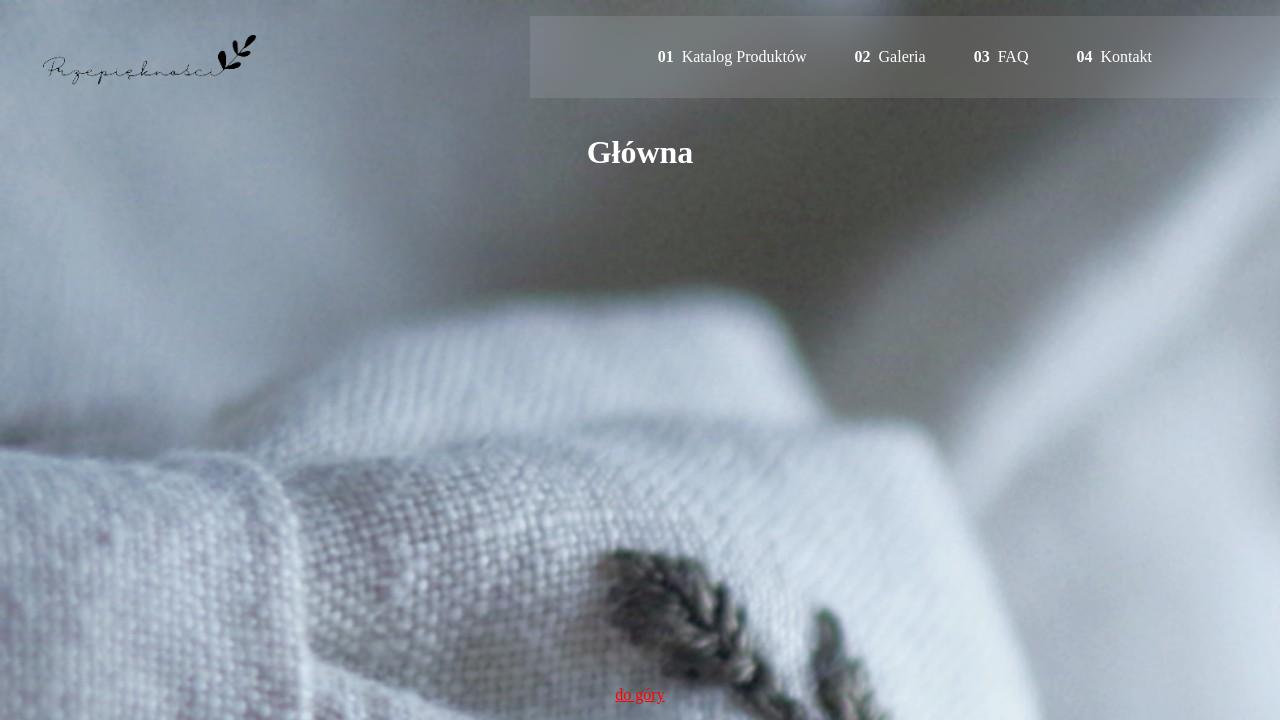
Repository: kowalkos/Rak_projekt
Page: /
An editor plug-in stored every save of this project. The page is shown before and after the next save, followed by the edit.
The browser window is 1280 px wide. The pictures show the whole page.
The project was rebuilt for these pictures with package versions that can differ from the ones it lists, and the page was loaded fresh each time. Also part of the build but not shown: src/components/produkty/Produkt.css, src/components/produkty/produkt.js, src/components/galeria/Galeria.js, src/components/FAQ/Faq.js, src/components/about/About.js.

Above is the page before, as saved 2022-01-04 20:08:14.

After the next save:
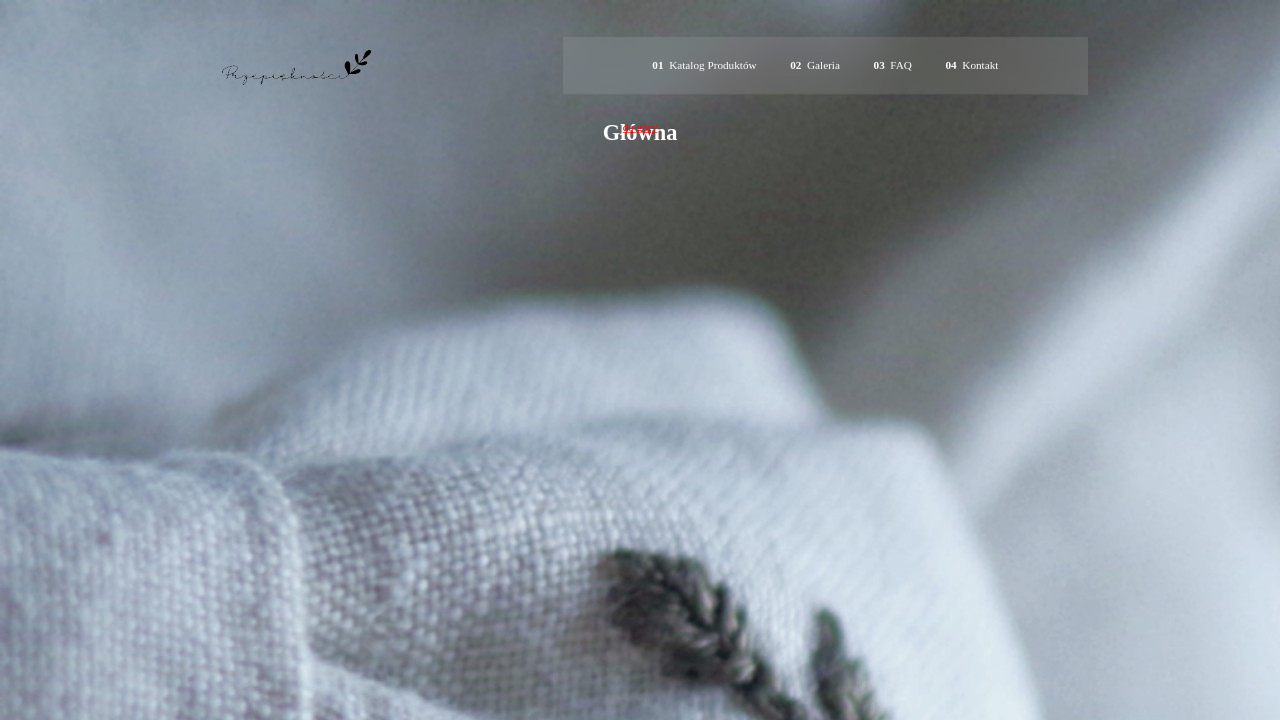
Saved 2 min 6 s later.
--- a/src/index.css
+++ b/src/index.css
@@ -3,6 +3,7 @@
   background-image: url('/src/img/tlo.jpg');
   background-attachment: fixed;
   background-repeat: no-repeat;
+  -webkit-transform: scale(0.7);
   overflow-x: hidden;
   color: #fff;
 

After the save that followed:
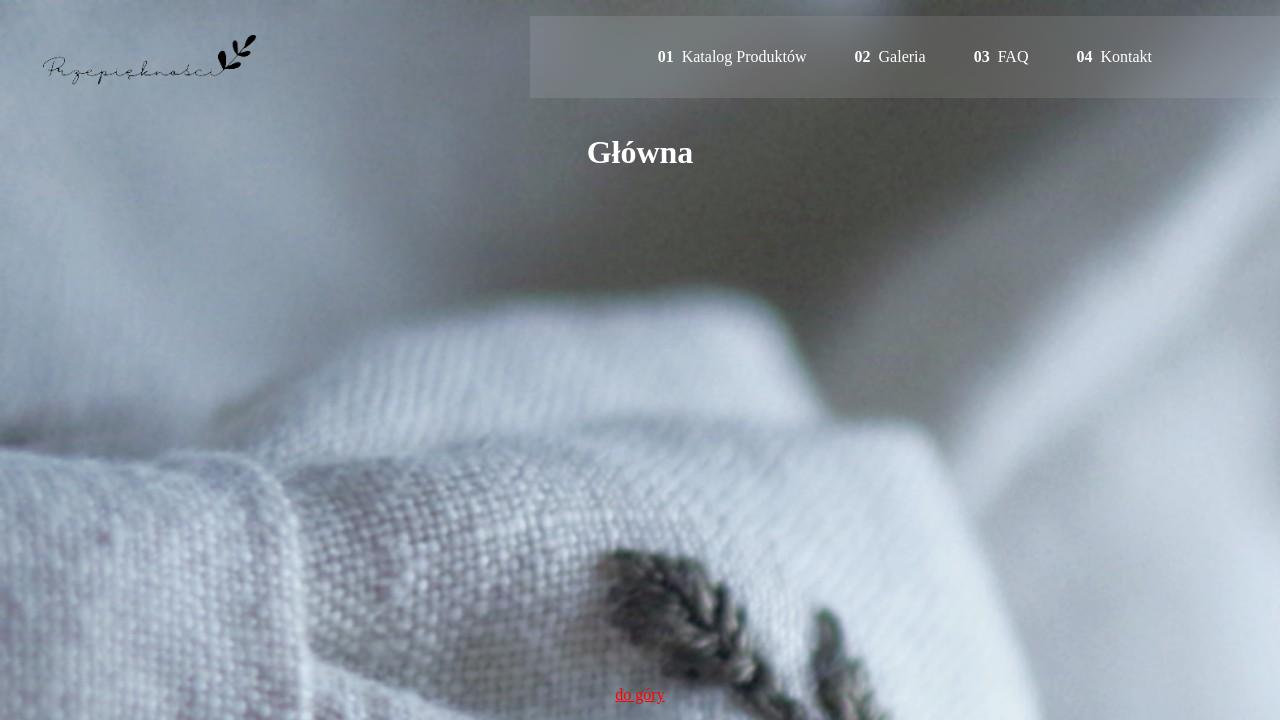
Saved 18 s later.
--- a/src/index.css
+++ b/src/index.css
@@ -3,7 +3,6 @@
   background-image: url('/src/img/tlo.jpg');
   background-attachment: fixed;
   background-repeat: no-repeat;
-  -webkit-transform: scale(0.7);
   overflow-x: hidden;
   color: #fff;
 
